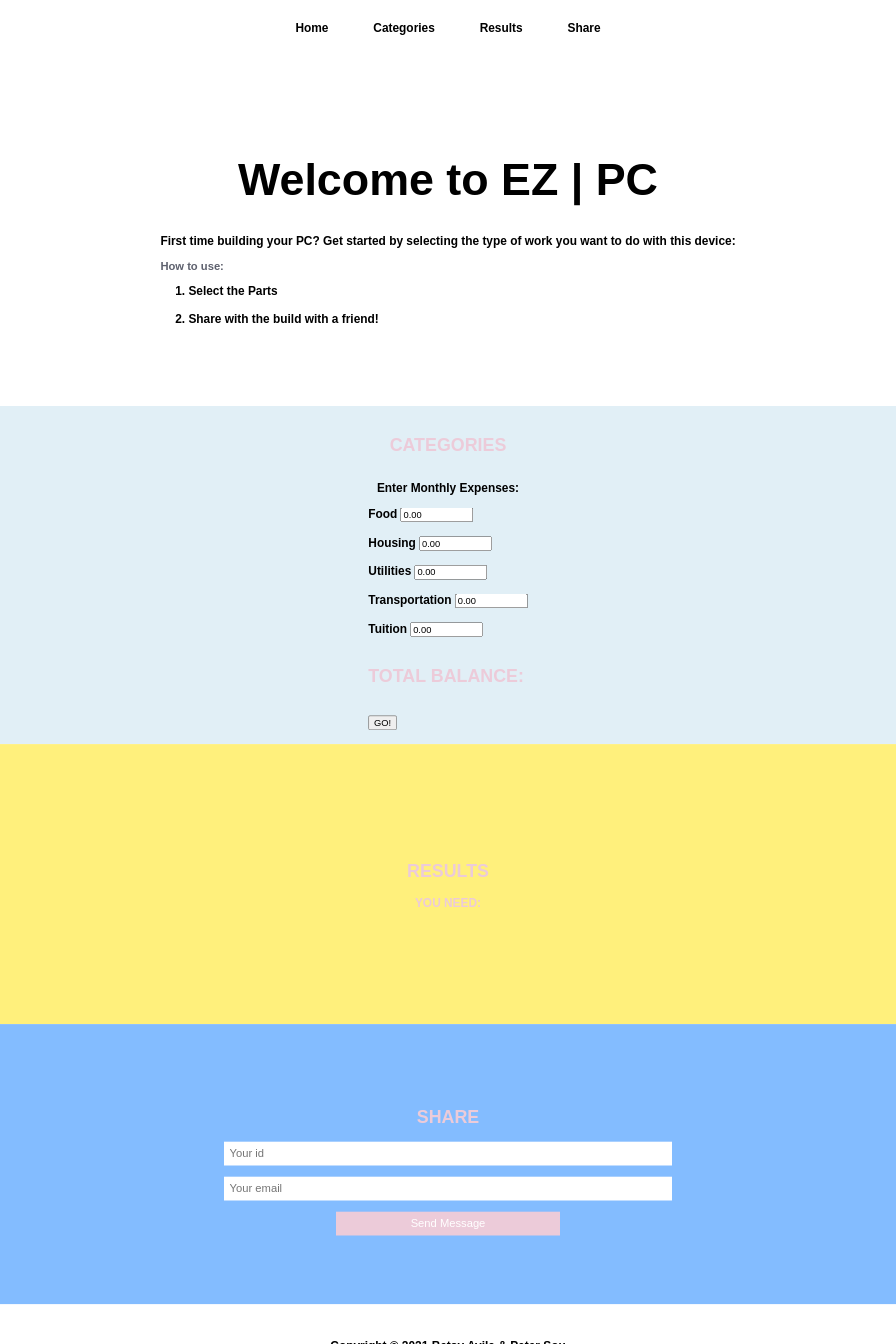
Repository: Peter-Sou/CSE-111-Project-1
Page: http://localhost/
An editor plug-in stored every save of this project. The page is shown before and after the next save, followed by the edit.
The browser window is 1280 px wide. The pictures show the part of the page from y = 0 to 1920 px (the page is 1983 px tall), at 70% of full size.
Some web fonts or font styles are not loaded; a fallback is used. The page is served by the project's application, run on Django 3.2 (manage.py).

Above is the page before, as saved 2021-12-07 18:36:48.

After the next save:
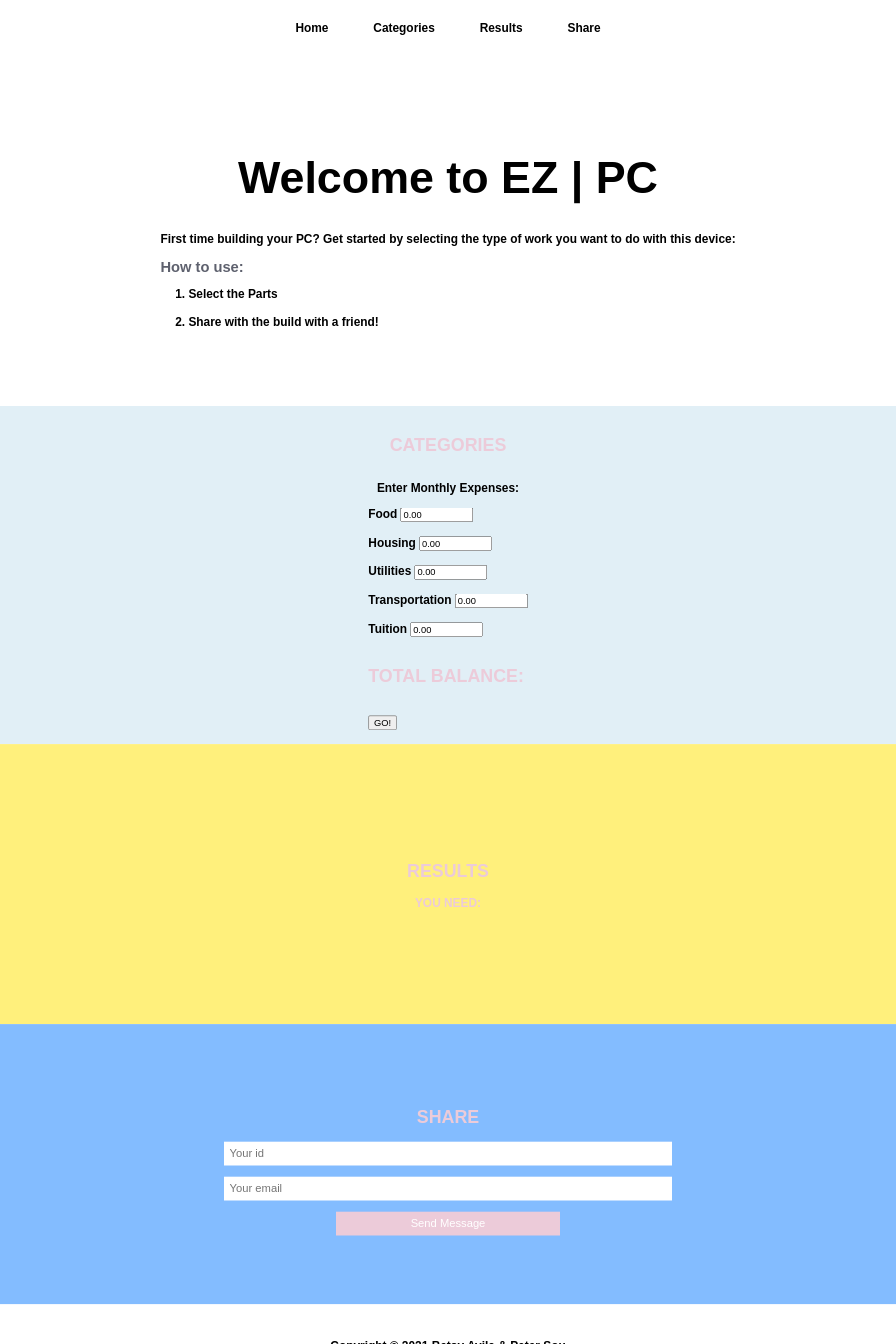
Saved 38 s later.
--- a/ezPC/EZPCAPP/static/css/main.css
+++ b/ezPC/EZPCAPP/static/css/main.css
@@ -75,7 +75,7 @@
 }
 
 header h3 {
-	font-size: 16px;
+	font-size: 21px;
 	margin: 0;
 	color: #5E616E;
 	text-align:left;
